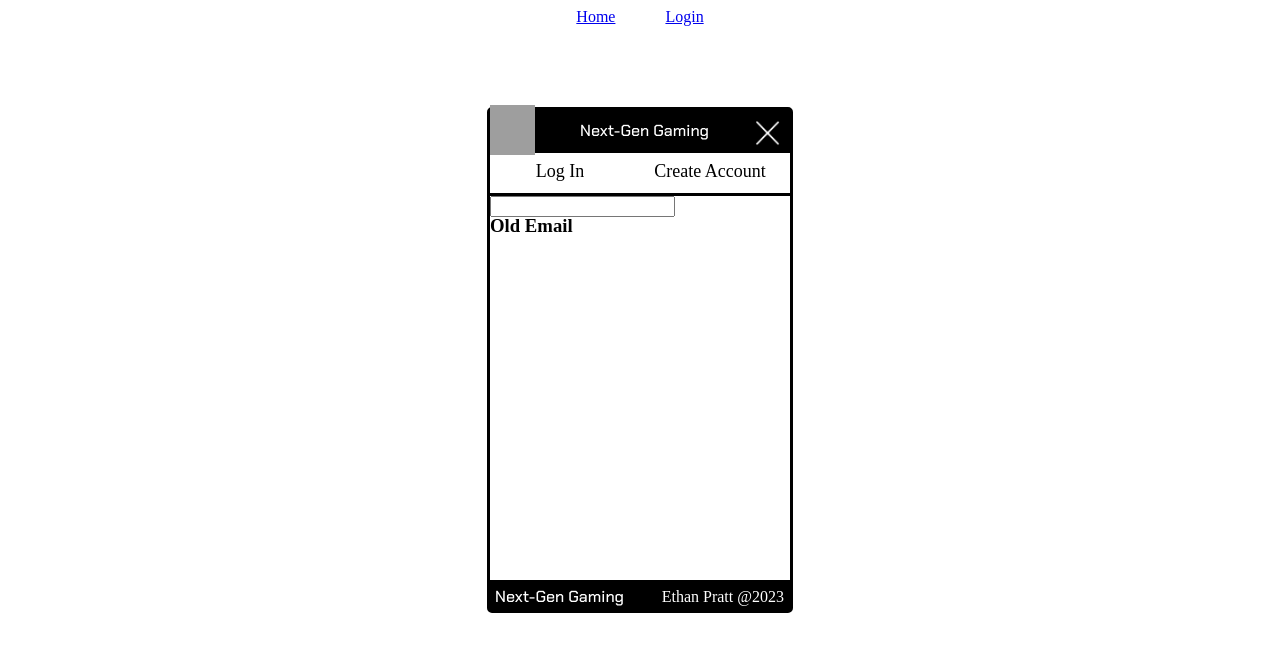
Repository: ghend99/login-page
Page: /change
The author's editor kept a copy of each file at every save. The page is drawn from the files as they stood at one save, then again after the next save.
The browser window is 1280 px wide. The pictures show the whole page.
Pictures or frames that could not be fetched are drawn as grey boxes. The project was rebuilt for these pictures with package versions that can differ from the ones it lists, and the page was loaded fresh each time. Also part of the build but not shown: src/css/Create2.css, src/pages/Home.tsx, src/config/firebase.ts, src/pages/Login.tsx, src/css/Create.css, src/pages/Create.tsx, src/pages/Create2.tsx.

Above is the page before, as saved 2023-02-15 14:36:07.

### src/App.tsx
import React from "react";
import { BrowserRouter as Router, Routes, Route, Link } from "react-router-dom";
import "./css/App.css";
import "./css/LogIn.css";
import "./css/Create2.css";
import { Home } from "./pages/Home";
import { Login } from "./pages/Login";
import { Create } from "./pages/Create";
import { Create2 } from "./pages/Create2";
import { Change } from "./pages/Change";
import { Navbar } from "./Navbar";
function App() {
  return (
    <div className="App">
      <Router>
        <Navbar />
        <Routes>
          <Route path="/" element={<Home />} />
          <Route path="/login" element={<Login />} />
          <Route path="/change" element={<Change />} />
          <Route path="/create" element={<Create />} />
          <Route path="/create2" element={<Create2 />} />
        </Routes>
      </Router>
    </div>
  );
}

export default App;

### src/css/App.css
.App {
  text-align: center;
}

.App-logo {
  height: 40vmin;
  pointer-events: none;
}

@media (prefers-reduced-motion: no-preference) {
  .App-logo {
    animation: App-logo-spin infinite 20s linear;
  }
}

.App-header {
  background-color: #282c34;
  min-height: 100vh;
  display: flex;
  flex-direction: column;
  align-items: center;
  justify-content: center;
  font-size: calc(10px + 2vmin);
  color: white;
}

.App-link {
  color: #61dafb;
}

@keyframes App-logo-spin {
  from {
    transform: rotate(0deg);
  }
  to {
    transform: rotate(360deg);
  }
}

button {
  cursor: pointer;
}

### src/css/LogIn.css
@import url("https://fonts.googleapis.com/css2?family=Caveat&family=Chakra+Petch:wght@500&display=swap");

.container {
  position: fixed;
  border: solid;
  border-radius: 5px;
  background-color: white;
  height: 500px;
  width: 10%;
  min-width: 300px;
  top: 50%;
  left: 50%;
  transform: translate(-50%, -50%);
  min-width: none;
}

.login-title {
  left: 50px;
}

.navbar-home {
  margin-right: 50px;
}

.main-link {
  position: relative;
  display: grid;
  grid-template-columns: 1fr 1fr;
  border-bottom: solid;
  padding-top: 5px;
  padding-bottom: 5px;
}

.main-link-login,
.main-link-create-account {
  margin-left: 20px;
  font-size: 12px;
  font-size: 18px;
}

.main-login-title {
  position: relative;
  display: flex;
  left: 40px;
  font-size: 20px;
  margin-top: 20px;
  margin-bottom: 10px;
  font-family: "Chakra Petch";
}

.login {
  position: relative;
  display: flex;
  flex-direction: column;
  justify-content: middle;
  width: 300px;
  left: 5%;
  height: 100px;
}

.login-email {
  position: absolute;
  display: flex;
  height: 30px;
  width: 250px;
  margin-top: 15px;
  border: solid;

  border-width: 2.5px;
  border-radius: 2px;
}

.login-email-2 {
  position: absolute;
  display: flex;
  height: 30px;
  width: 250px;
  margin-top: 15px;
  border: solid;
  border-color: orange;
  border-width: 2.5px;
  border-radius: 2px;
}

.login-password {
  position: absolute;
  display: flex;
  margin-top: 40px;
  border: solid;
  height: 30px;
  width: 250px;
  border-width: 2.5px;
  border-radius: 2px;

  vertical-align: center;
  top: 20px;
}

.show-password {
  position: relative;
  left: 90px;
  top: -33px;
}

.login-confirm {
  position: relative;
  display: flex;
  justify-content: center;
  width: 280px;
  height: 30px;
  left: -7px;
  top: 100px;
  margin-top: 15px;
  padding-top: 5px;
  padding-bottom: 5px;
  cursor: pointer;
}

.reset-password {
  display: flex;
  position: relative;
  top: 100px;
}

.login-break {
  position: relative;
  display: flex;
  top: 30px;
  justify-content: center;
}

.google-login {
  position: relative;
  display: flex;
  top: 20px;
  width: 280px;
  height: 30px;
  left: 8px;
  justify-content: center;
  padding-top: 5px;
  padding-bottom: 5px;
}

### src/pages/Change.tsx
import "../css/Change.css";
import { Header } from "../components/Header";
import { Footer } from "../components/Footer";
import { MainLink } from "../components/MainLink";

export const Change = () => {
  return (
    <div className="container-change">
      <Header />
      <MainLink />
      <main>
        <h3 className="change-email--title">Old Email</h3>
        <input className="change-email--input" />
      </main>
      <Footer />
    </div>
  );
};

### src/Navbar.tsx
import { Link } from "react-router-dom";

export const Navbar = () => {
  return (
    <div>
      <Link to="/" className="navbar-home">
        Home
      </Link>
      <Link to="/login">Login</Link>
    </div>
  );
};

### src/components/Header.tsx
import "../css/Header.css";
import { useNavigate } from "react-router-dom";
export const Header = () => {
  const navigate = useNavigate();

  const close = () => {
    navigate("/");
  };

  return (
    <div className="header">
      <img className="header-logo" src={require("../images/logo.png")} />
      <p className="header-title">Next-Gen Gaming</p>

      <img className="header-close" src={require("../images/Close.png")} />
      <button className="header-close--button" onClick={close} />
    </div>
  );
};

### src/components/Footer.tsx
import "../css/Footer.css";

export const Footer = () => {
  return (
    <div className="footer">
      <p className="footer-title">Next-Gen Gaming</p>
      <p className="footer-certification">Ethan Pratt @2023</p>
    </div>
  );
};

### src/components/MainLink.tsx
import { Link } from "react-router-dom";
import "../css/MainLink.css";

export const MainLink = () => {
  return (
    <div className="main-link">
      <Link className="main-link-login" to="/login">
        Log In
      </Link>
      <Link className="main-link-create-account" to="/create">
        Create Account
      </Link>
    </div>
  );
};

### src/css/Change.css
.container-change {
  position: fixed;
  border: solid;
  border-radius: 5px;
  background-color: white;
  height: 500px;
  width: 10%;
  min-width: 300px;
  top: 50%;
  left: 50%;
  transform: translate(-50%, -50%);
  min-width: none;
}

.change-email--title {
  position: absolute;
  display: flex;
  left: 0;
}

.change-email--input {
  position: absolute;
  display: flex;
}

### src/css/Header.css
.header {
  position: relative;
  height: 40px;
  border-bottom: solid;
  background-color: black;
}

.header-logo {
  position: absolute;
  display: flex;
  top: -5px;
  height: 50px;
  width: 15%;
}

.header-title {
  position: absolute;
  display: flex;
  margin: 0;
  justify-content: center;
  left: 30%;
  top: 10px;
  font-family: "Chakra Petch";
  color: white;
}

.header-close {
  position: absolute;
  display: flex;
  right: 10px;
  top: 0;
  padding-top: 10px;
  padding-bottom: 10px;
  width: 25px;
  cursor: pointer;
}

.header-close--button {
  position: relative;
  display: flex;
  left: 257px;
  top: 5px;
  width: 37px;
  height: 33px;
  opacity: 0;
}

### src/css/Footer.css
.footer {
  position: fixed;
  height: 30px;
  background-color: black;
  bottom: 0;
  left: 0;
  right: 0;
}

.footer-title {
  position: absolute;
  display: flex;
  left: 5px;
  top: -10px;
  font-family: "Chakra Petch";
  color: white;
}

.footer-certification {
  position: absolute;
  display: flex;
  top: -8px;
  right: 6px;
  color: white;
}

### src/css/MainLink.css
.main-link {
  position: relative;
  display: grid;
  grid-template-columns: 1fr 1fr;
  border-bottom: solid;
  padding-top: 5px;
  padding-bottom: 5px;
  height: 30px;
}

.main-link-login {
  position: absolute;
  display: flex;
  left: 20px;
  margin-left: 20px;
  font-size: 12px;
  font-size: 18px;
  width: 60px;
  justify-content: center;
  padding-top: 8px;
  padding-bottom: 8px;
  text-decoration: none;
  color: black;
}

.main-link-login:hover,
.main-link-create-account:hover {
  border-bottom: solid;
  border-color: black;
}

.main-link-create-account {
  margin-right: 20px;
  font-size: 12px;
  font-size: 18px;
  position: absolute;
  display: flex;
  width: 120px;
  right: 0;
  justify-content: center;
  padding-top: 8px;
  padding-bottom: 8px;
  text-decoration: none;
  color: black;
}

Loaded but not shown: public/index.html (common file); src/index.tsx (common file)

After the next save:
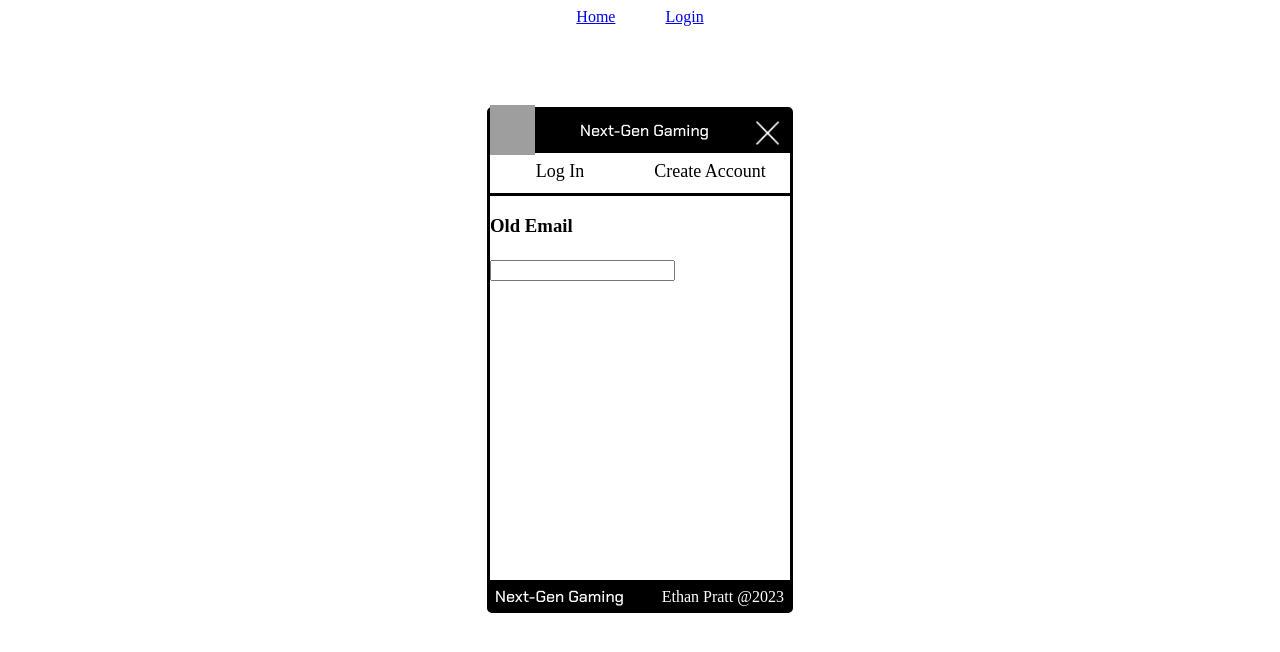
Saved 6 s later.
--- a/src/css/Change.css
+++ b/src/css/Change.css
@@ -21,4 +21,5 @@
 .change-email--input {
   position: absolute;
   display: flex;
+  top: 150px;
 }
